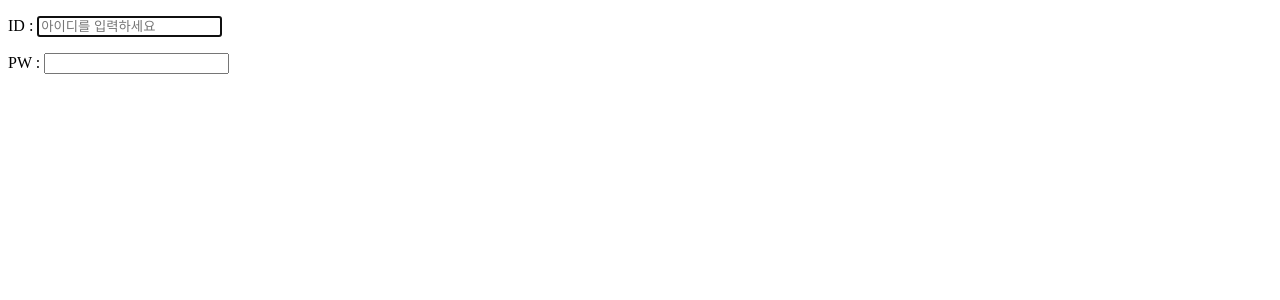
Repository: DongGeunLee99/SMHRD_
Page: 08_JSP/Ex01_GetPost/src/main/webapp/Ex01_Login.html
These files come from the project's save history. The page is drawn as it stood at one moment and after the next save; the edit follows.
The browser window is 1280 px wide. The pictures show the whole page.

Above is the page before, as saved 2025-03-12 02:49:28.

### 08_JSP/Ex01_GetPost/src/main/webapp/Ex01_Login.html
<!DOCTYPE html>
<html>
<head>
<meta charset="UTF-8">
<title>Insert title here</title>
</head>
<body>

	<!-- login을 진행할 수 있도록 만들어보자 -->
	<form action="Ex01_Login">

		<p>
            ID : <input type="text" name="id"
            placeholder="아이디를 입력하세요" autofocus>
        </p>
        <p>
            PW : <input type="password" name="pw" maxlength="16">
        </p>
	</form>

</body>
</html>

After the next save:
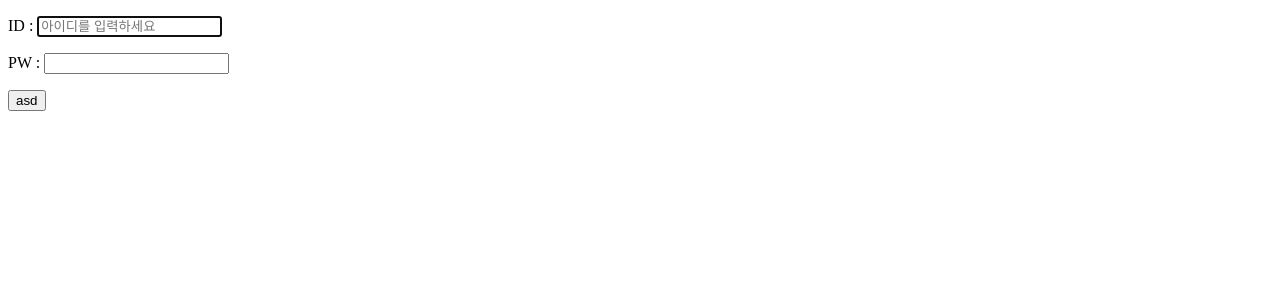
Saved 66 s later.
--- a/08_JSP/Ex01_GetPost/src/main/webapp/Ex01_Login.html
+++ b/08_JSP/Ex01_GetPost/src/main/webapp/Ex01_Login.html
@@ -16,6 +16,7 @@
         <p>
             PW : <input type="password" name="pw" maxlength="16">
         </p>
+        <input type="submit" value="asd">
 	</form>
 
 </body>
